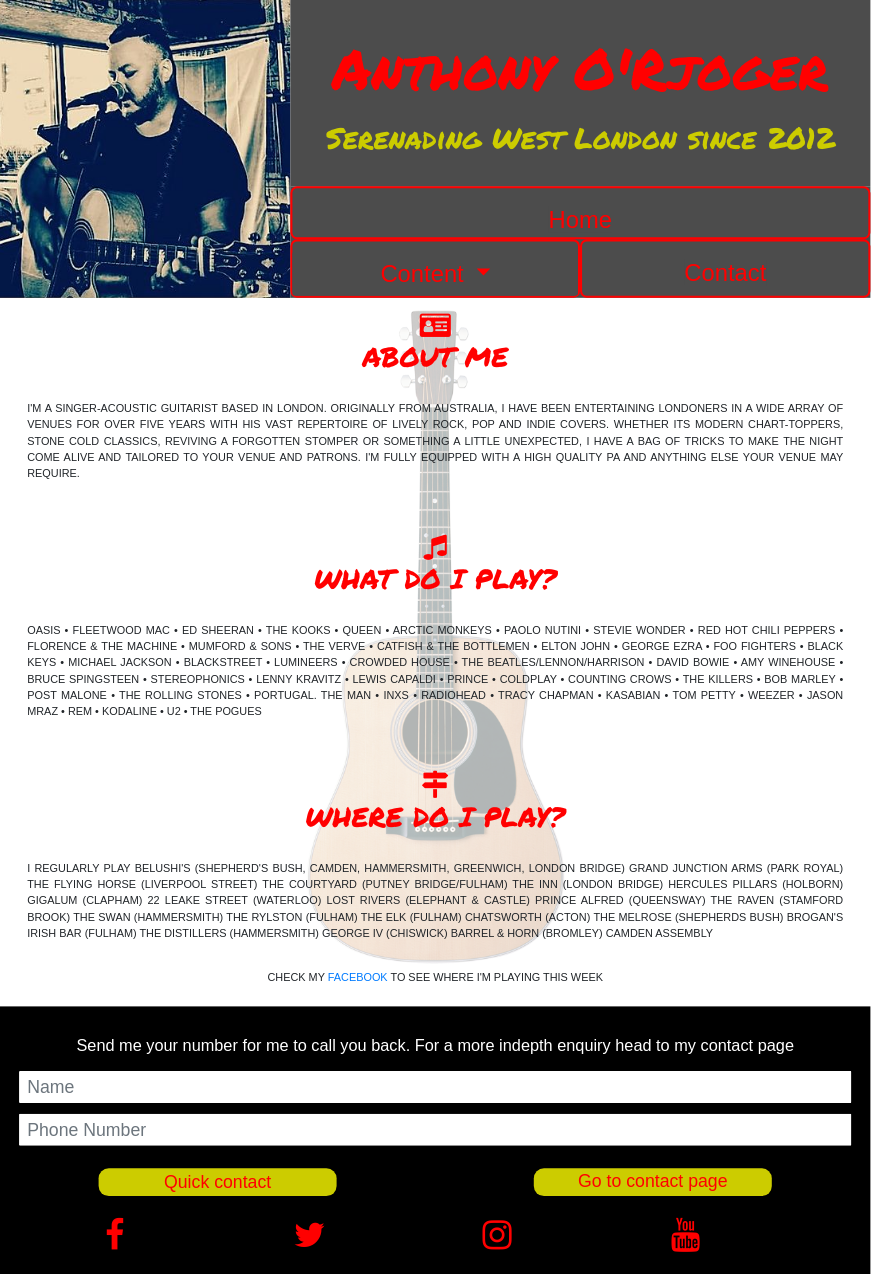
Repository: SimonGeorgeNZ/milestone_1
Page: index.html
The author's editor kept a record of every edit. The page is drawn from the files as they stood at one moment, then again after the next edit.
The browser window is 1280 px wide. The page is 1295 px wide, so the pictures cover 1295 px, including what lies to the right of the window. The pictures show the whole page, at 68% of full size.
Some web fonts or font styles are not loaded; a fallback is used. Some web libraries are served in a nearby version.

Above is the page before.

After the next edit:
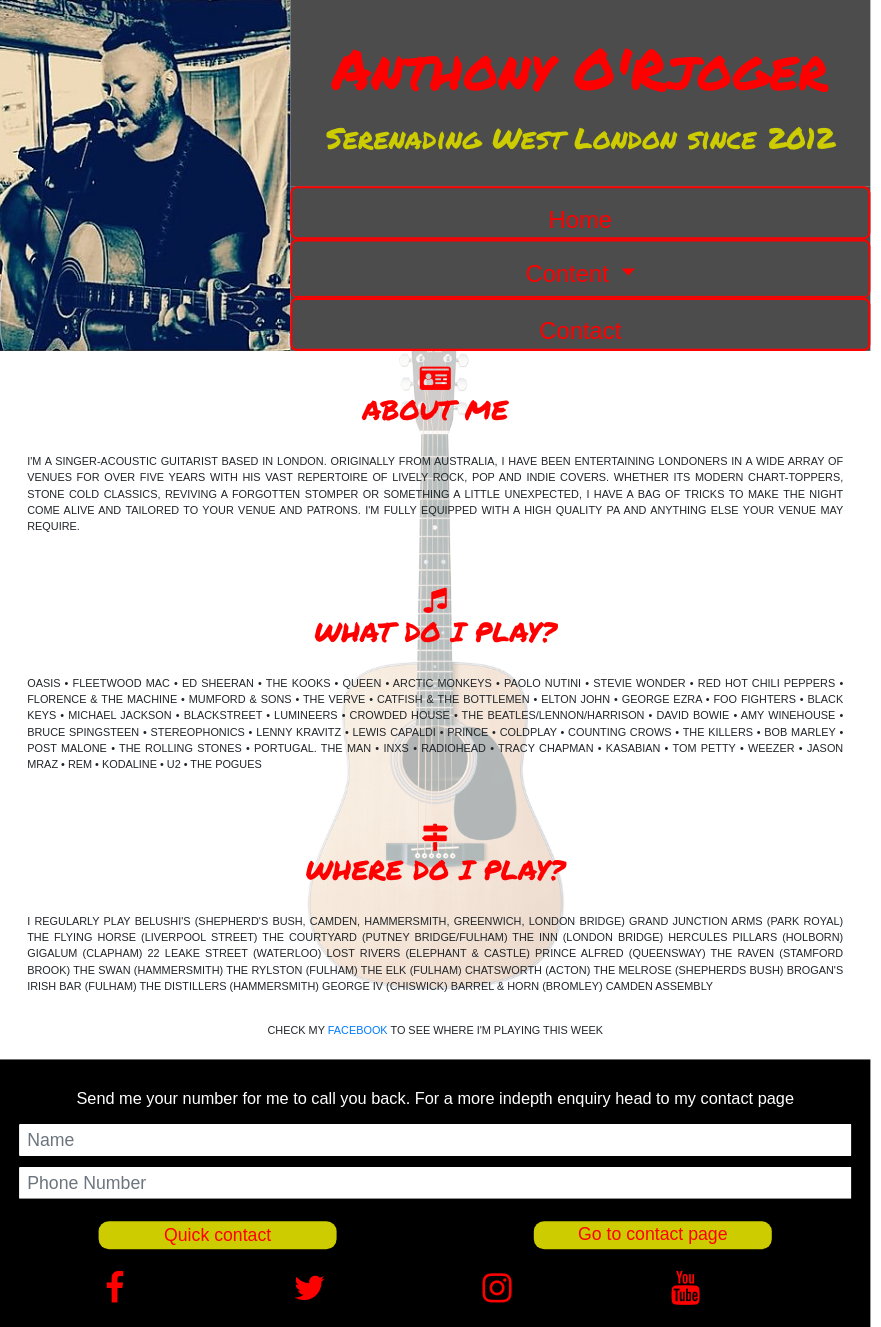
The edit:
--- a/index.html
+++ b/index.html
@@ -27,7 +27,7 @@
                     <div class="col-12 nav-but">
                         <a href="index.html" class="nav-but-text"><i aria-hidden="true"></i><span>Home</span></a>
                     </div>
-                    <div class="col dropdown nav-but">
+                    <div class="col-12 dropdown nav-but">
                         <button class="btn btn-secondary dropdown-toggle container-fluid" type="button" id="dropdownMenuButton" data-toggle="dropdown" aria-haspopup="true" aria-expanded="false">
     Content
   </button>
